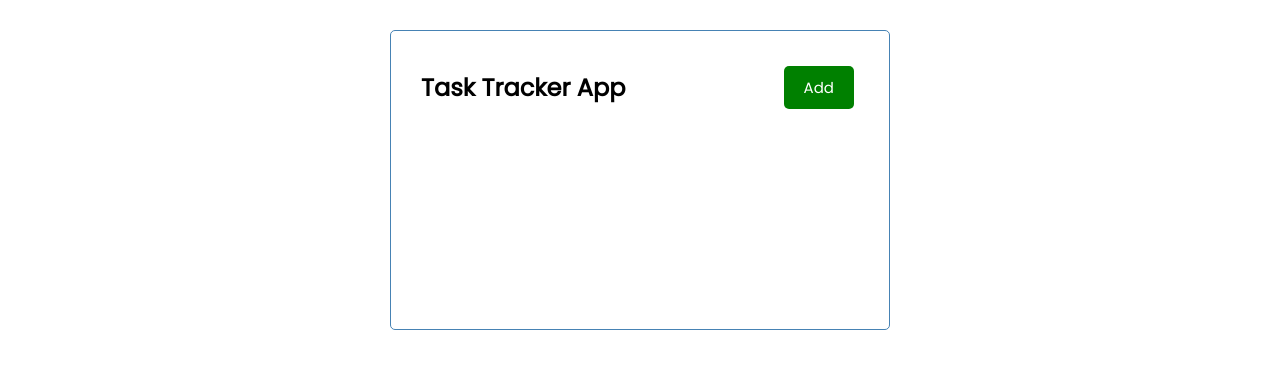
Repository: feyroozecode/task_tracker
Page: /
These files come from the project's save history. The page is drawn as it stood at one moment and after the next save; the edit follows.
The browser window is 1280 px wide. The pictures show the whole page.
The project was rebuilt for these pictures with package versions that can differ from the ones it lists, and the page was loaded fresh each time.

Above is the page before, as saved 2023-10-19 17:04:52.

After the next save:
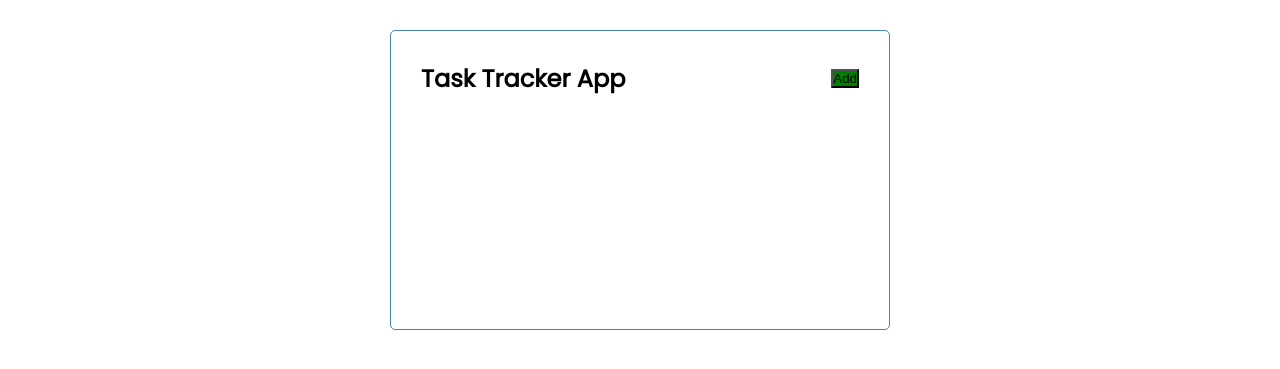
Saved 25 s later.
--- a/src/components/AddButton.js
+++ b/src/components/AddButton.js
@@ -7,7 +7,7 @@
 
     return (
      <button
-      className='btn'
+
      style={{ backgroundColor: color }}
      > {text} </button>
     )

After the save that followed:
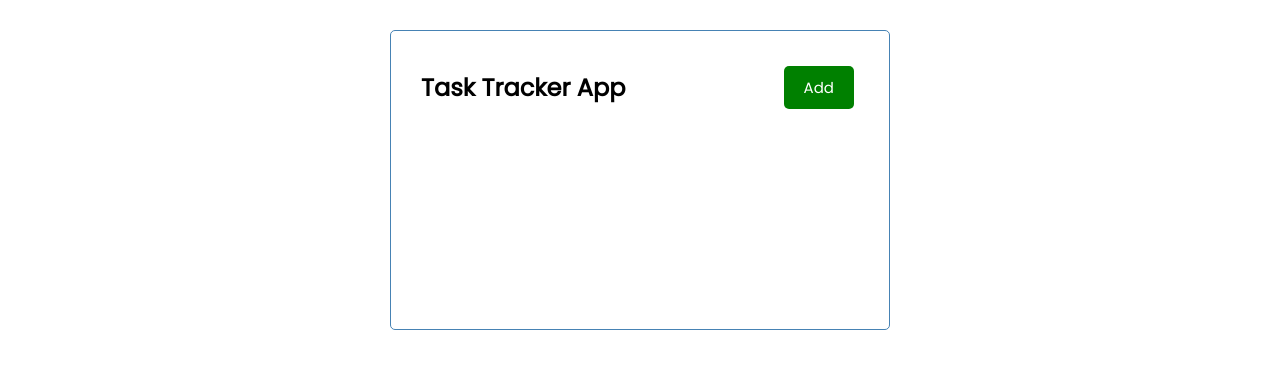
Saved 8 s later.
--- a/src/components/AddButton.js
+++ b/src/components/AddButton.js
@@ -9,6 +9,7 @@
      <button
 
      style={{ backgroundColor: color }}
+     className='btn'
      > {text} </button>
     )
 }
